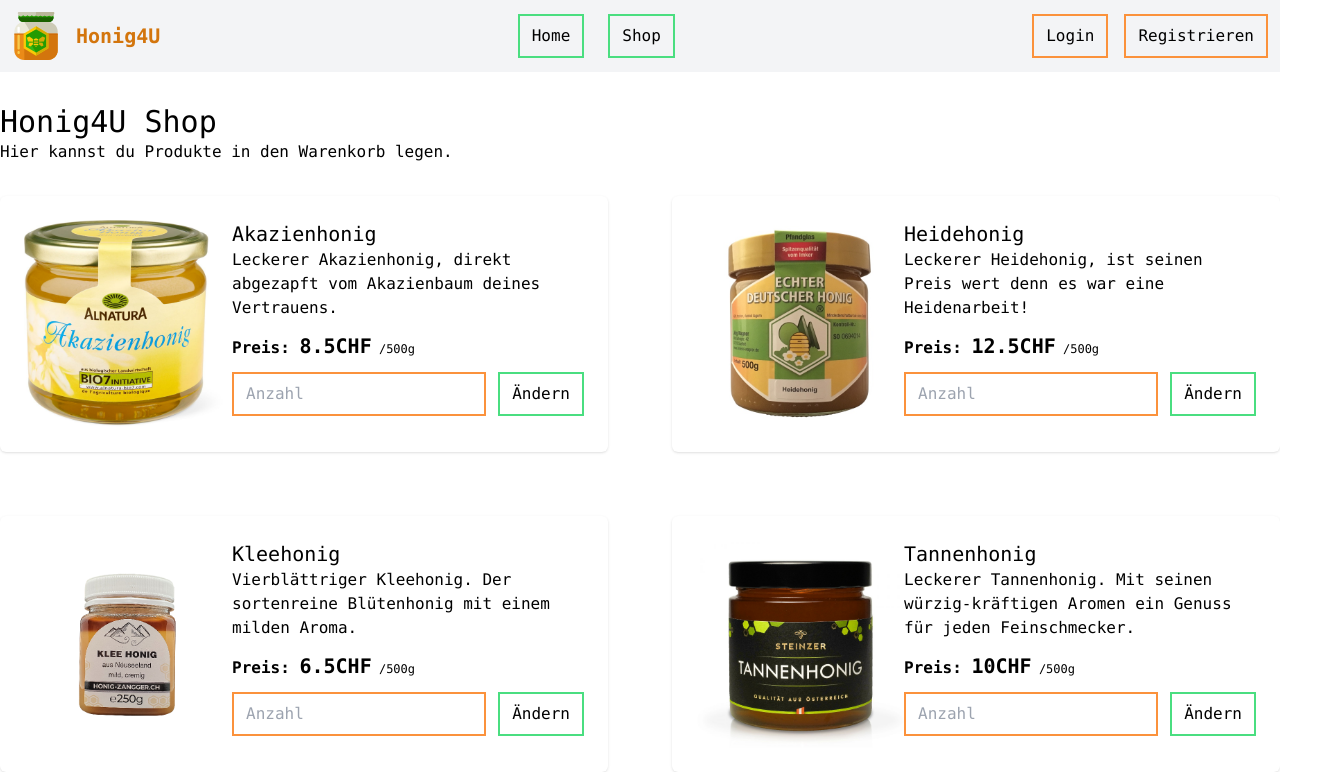
Repository: cainytheslave/PHPHonigShop
Page: http://localhost/shop.php
An editor plug-in stored every save of this project. The page is shown before and after the next save, followed by the edit.
The browser window is 1280 px wide. The page is 1280 px wide, then 1336 px, so the pictures cover 1336 px, including what lies to the right of the window. The pictures show the whole page.
The page is run by PHP 8.4 with error messages shown; the project is at /var/www/html/. Style sheets and scripts are compiled from the project's sources, by tool versions that may differ from the author's.

Above is the page before, as saved 2022-03-11 02:08:34.

### shop.php
<?php
// Session starten
session_start();

// Produktdaten holen
$produkte = require('core/produkte.php');
$einstellungen = require('core/einstellungen.php');

// Warenkorb erstellen wenn noch nicht passiert
if (!isset($_SESSION['warenkorb'])) {
    $_SESSION['warenkorb'] = [];
}

// Lauschen ob etwas in den Warenkorb gelegt wurde
foreach ($produkte as $id => $produkt) {
    if (isset($_POST[$id])) {
        if (isset($_POST['count'])) {
            if (is_numeric($_POST['count'])) {
                $vorherigerStand = 0;
                if (isset($_SESSION['warenkorb'][$id])) {
                    $vorherigerStand = $_SESSION['warenkorb'][$id];
                }
                $_SESSION['warenkorb'][$id] = intval($_POST['count']) + $vorherigerStand;

                $success = ['Super! ' . $_POST['count'] . ' Gläser ' . $produkt['name'] . ' wurden in den Warenkorb gelegt.'];
            } else {
                $errors = ['Die Anzahl muss eine Zahl sein.'];
            }
        } else {
            $errors = ['Das Feld Anzahl muss ausgefüllt werden.'];
        }
    }
}

?>


<!DOCTYPE html>
<html lang="en">

<head>
    <meta charset="UTF-8">
    <meta http-equiv="X-UA-Compatible" content="IE=edge">
    <meta name="viewport" content="width=device-width, initial-scale=1.0">
    <title><?= $einstellungen['firma'] ?> Shop</title>

    <?php include('includes/head.inc.php') ?>
</head>

<body class="font-mono">

    <?php include('includes/header.inc.php') ?>

    <main class="px-6 mx-auto max-w-7xl lg:px-0">

        <!-- Erfolgsmeldungen -->
        <?php if (isset($success)) echo Komponente::alert(false, $success) ?>

        <!-- Fehlermeldungen -->
        <?php if (isset($errors)) echo Komponente::alert(true, $errors) ?>

        <!-- Titel -->
        <section class="my-8">
            <h1 class="text-3xl">Honig4U Shop</h1>
            <p>Hier kannst du Produkte in den Warenkorb legen.</p>
        </section>

        <!-- Produkte -->
        <section class="grid gap-8 lg:grid-cols-2 md:gap-16">
            <?php foreach ($produkte as $id => $produkt) : ?>
                <div class="flex flex-col p-6 bg-white rounded-md shadow sm:flex-row hover:scale-105">
                    <img src="images/<?= $id ?>.png" class="object-contain w-52 h-52" alt="">
                    <div>
                        <h2 class="text-xl"><?= $produkt['name'] ?></h2>
                        <p><?= $produkt['beschreibung'] ?></p>
                        <p class="mt-3 font-semibold">Preis: <span class="text-xl"><?= $produkt['preis'] ?>CHF</span><span class="text-xs font-thin"> /500g</span></p>
                        <form class="flex items-stretch gap-3 mt-3" action="" method="POST">
                            <?= Komponente::input('number', 'Anzahl', 'count') ?>
                            <?= Komponente::button('Ändern', $id, 'green') ?>
                        </form>
                    </div>
                </div>
            <?php endforeach; ?>
        </section>

    </main>
</body>

</html>

### core/produkte.php
<?php

return [
    'akazie' => [
        'name' => 'Akazienhonig',
        'beschreibung' => 'Leckerer Akazienhonig, direkt abgezapft vom Akazienbaum deines Vertrauens.',
        'preis' => 8.5
    ],
    'heide' => [
        'name' => 'Heidehonig',
        'beschreibung' => 'Leckerer Heidehonig, ist seinen Preis wert denn es war eine Heidenarbeit!',
        'preis' => 12.5
    ],
    'klee' => [
        'name' => 'Kleehonig',
        'beschreibung' => 'Vierblättriger Kleehonig. Der sortenreine Blütenhonig mit einem milden Aroma.',
        'preis' => 6.5,
    ],
    'tannen' => [
        'name' => 'Tannenhonig',
        'beschreibung' => 'Leckerer Tannenhonig. Mit seinen würzig-kräftigen Aromen ein Genuss für jeden Feinschmecker.',
        'preis' => 10
    ]
];

### core/einstellungen.php
<?php

return [
    'firma' => 'Honig4U'
];

### includes/head.inc.php
<!-- Styling -->
<link rel="stylesheet" href="style.css">

<!-- AlpineJS (Javascript Framework für Mobiles Menu https://alpinejs.dev) -->
<script defer src="https://unpkg.com/alpinejs@3.x.x/dist/cdn.min.js"></script>

### includes/header.inc.php
<?php

require('core/Komponente.php');
$einstellungen = require('core/einstellungen.php');

?>

<!-- Header -->
<header class="w-full bg-gray-100" x-data="{open: false}">
    <!-- Desktop -->
    <div class="flex items-center justify-between px-3 py-3 mx-auto max-w-7xl">

        <!-- Logo -->
        <div class="flex items-center gap-4">
            <img src="images/logo.svg" class="w-12 h-12" alt="Logo">
            <p class="text-xl font-semibold text-honey"><?= $einstellungen['firma'] ?></p>
        </div>

        <!-- Navigation-->
        <div class="items-center hidden gap-6 sm:flex">
            <?= Komponente::link('Home', 'index.php', 'green') ?>
            <?= Komponente::link('Shop', 'shop.php', 'green') ?>
        </div>

        <!-- Warenkorb / Login -->
        <div class="flex items-center gap-4">
            <?php if (isset($_SESSION['user'])) : ?>

                <?= Komponente::link('<img src="images/basket.svg" class="w-8 h-8" alt="">', 'warenkorb.php') ?>

                <?= Komponente::link('<img src="images/logout.svg" class="w-8 h-8" alt="">', 'logout.php?to=login.php') ?>
            <?php else : ?>
                <?= Komponente::link('Login', 'login.php') ?>
                <?= Komponente::link('Registrieren', 'registrierung.php') ?>
            <?php endif; ?>
        </div>

        <!-- Mobile Trigger -->
        <img @click="open = !open" src="images/menu.svg" class="block w-10 h-10 sm:hidden" alt="">
    </div>

    <!-- Mobile Menu -->
    <div class="flex flex-col gap-3 px-3 border-t-2 sm:hidden" x-show="open" style="display:none">
        <!-- Navigation-->
        <?= Komponente::link('Home', 'index.php', 'green') ?>
        <?= Komponente::link('Shop', 'shop.php', 'green') ?>
    </div>
</header>

### core/Komponente.php
<?php

class Komponente
{

    static function link($text = "", $href = "", $border = "orange")
    {
        $classes = "text-center px-3 py-2 border-2 hover:bg-gray-200 active:scale-95 hover:scale-105 border-$border-400";
        return "<a href='$href' class='$classes'>$text</a>";
    }

    static function button($text = "", $name = "", $border = "orange")
    {
        $classes = "text-center cursor-pointer px-3 py-2 border-2 hover:bg-gray-200 active:scale-95 hover:scale-105 border-$border-400";
        return "<input type='submit' name='$name' class='$classes' value='$text' />";
    }

    static function input($type = "text", $placeholder = '', $name = '', $required = 'true')
    {
        $classes = "grow text-left px-3 py-2 border-2 active:scale-95 border-orange-400";
        return "<input type='$type' name='$name' required='$required' class='$classes' placeholder='$placeholder' />";
    }

    static function alert($error = true, $data)
    {
        if (count($data) <= 0) return '';

        $str = '<section class="w-full p-4 mx-auto mt-4 bg-green-300 border-2 border-green-500 shadow-xl">';
        if ($error) $str = '<section class="w-full p-4 mx-auto mt-4 bg-red-300 border-2 border-red-500 shadow-xl">';

        foreach ($data as $entry) {
            $str .= '<p class="text-lg font-semibold">' . $entry . '</p>';
        }

        $str .= '</section>';

        return $str;
    }
}

### tailwind.config.js
module.exports = {
    content: [
        "./*.{html,js,php}",
        "./core/*.php",
        "./includes/*.php"
    ],
    theme: {
        extend: {
            colors: {
                honey: '#d3750d',
                honeylight: '#d3ab05',
                honeygreen: '#239b02'
            }
        },
    },
    safelist: [{
            pattern: /border-(orange|green|red)-400/,
        },
        {
            pattern: /border-(green|red)-500/
        },
        {
            pattern: /bg-(green|red)-300/
        },
        {
            pattern: /cursor-pointer/
        },
        {
            pattern: /w-8/
        },
        {
            pattern: /h-8/
        }

    ],
    plugins: [],
}

### images/logo.svg
<?xml version="1.0" encoding="iso-8859-1"?>
<!-- Generator: Adobe Illustrator 19.0.0, SVG Export Plug-In . SVG Version: 6.00 Build 0)  -->
<svg version="1.1" id="Layer_1" xmlns="http://www.w3.org/2000/svg" xmlns:xlink="http://www.w3.org/1999/xlink" x="0px" y="0px"
	 viewBox="0 0 496.8 496.8" style="enable-background:new 0 0 496.8 496.8;" xml:space="preserve">
<path style="fill:#EAE9DA;" d="M472.4,403.2c0,56-46.4,92.8-102.4,92.8H128.4c-56,0-104-44.8-104-92.8V204.8
	C24.4,149.6,70,104,125.2,104h245.6c56,0,100.8,45.6,100.8,100.8v198.4H472.4z"/>
<path style="fill:#CCCAB6;" d="M128.4,104H370c56,0,102.4,41.6,102.4,97.6v197.6c0,56-46.4,97.6-102.4,97.6"/>
<path style="fill:#EA8B18;" d="M24.4,224v174.4c0,56,46.4,97.6,102.4,97.6H370c56,0,102.4-41.6,102.4-97.6V224H24.4z"/>
<path style="fill:#D3750D;" d="M128.4,496H370c56,0,102.4-41.6,102.4-97.6v-172L126,224.8"/>
<path style="fill:#F7CA4D;" d="M80.4,376.8c0,6.4-5.6,12-12,12l0,0c-6.4,0-12-5.6-12-12V247.2c0-6.4,5.6-12,12-12l0,0
	c6.4,0,12,5.6,12,12V376.8z"/>
<path style="fill:#FFFFFF;" d="M80.4,201.6c0,6.4-5.6,12-12,12l0,0c-6.4,0-12-5.6-12-12v-38.4c0-5.6,5.6-11.2,12-11.2l0,0
	c6.4,0,12,5.6,12,12V201.6z"/>
<path style="fill:#F7CA4D;" d="M80.4,423.2c0,6.4-5.6,12-12,12l0,0c-6.4,0-12-5.6-12-12v-8c0-6.4,5.6-12,12-12l0,0
	c6.4,0,12,5.6,12,12V423.2z"/>
<path style="fill:#239B02;" d="M430.8,52c0,26.4-21.6,52-48,52H114c-26.4,0-48-25.6-48-52l0,0c0-26.4,21.6-52,48-52h268
	C409.2,0,430.8,25.6,430.8,52L430.8,52z"/>
<path style="fill:#1A6000;" d="M430.8,53.6L430.8,53.6c0,26.4-21.6,50.4-48,50.4H114c-26.4,0-48-22.4-48-48.8l0,0"/>
<path style="fill:#CCCAB6;" d="M437.2,12c0-8-6.4-12-13.6-12H73.2c-8,0-13.6,4-13.6,12c0,4.8,2.4,8,5.6,10.4
	c2.4,13.6,14.4,23.2,28,23.2c8.8,0,16.8-4.8,22.4-11.2c5.6,6.4,12.8,10.4,22.4,10.4c8.8,0,16.8-4,22.4-10.4
	c5.6,6.4,12.8,10.4,22.4,10.4c8.8,0,16.8-4,22.4-10.4c5.6,6.4,12.8,10.4,22.4,10.4s16.8-4,22.4-10.4c5.6,6.4,12.8,10.4,22.4,10.4
	c9.6,0,16.8-4,22.4-10.4c5.6,6.4,12.8,10.4,22.4,10.4c8.8,0,16.8-4,22.4-10.4c5.6,6.4,12.8,10.4,22.4,10.4c8.8,0,16.8-4,22.4-10.4
	c5.6,6.4,12.8,10.4,22.4,10.4c14.4,0,25.6-9.6,28-23.2C434.8,20,437.2,16.8,437.2,12z"/>
<path style="fill:#BAB699;" d="M423.6,0H248.4v35.2c0,0,0-0.8,0.8-0.8c5.6,6.4,12.8,10.4,21.6,10.4c8.8,0,16.8-4,22.4-10.4
	c5.6,6.4,12.8,10.4,22.4,10.4c8.8,0,16.8-4,22.4-10.4c5.6,6.4,12.8,10.4,22.4,10.4c8.8,0,16.8-4,22.4-10.4
	c5.6,6.4,12.8,10.4,22.4,10.4c14.4,0,25.6-10.4,28-24c3.2-2.4,5.6-4.8,5.6-9.6C437.2,4,430.8,0,423.6,0z"/>
<rect x="24.4" y="224" style="fill:#C65E00;" width="448" height="8"/>
<polygon style="fill:#F9CA06;" points="376.4,376 248.4,452 120.4,376 120.4,224 248.4,147.2 376.4,224 "/>
<polyline style="fill:#D3AB05;" points="248.4,147.2 376.4,224 376.4,376 248.4,452 "/>
<polygon style="fill:#34B515;" points="352.4,359.2 248.4,418.4 144.4,359.2 144.4,240.8 248.4,180.8 352.4,240.8 "/>
<polyline style="fill:#239B02;" points="144.4,240.8 249.2,180.8 352.4,240.8 352.4,359.2 248.4,418.4 "/>
<g>
	<polygon style="fill:#F9CA06;" points="224.4,328 224.4,339.2 226,344 270.8,344 272.4,339.2 272.4,328 	"/>
	<polygon style="fill:#F9CA06;" points="272.4,296 272.4,283.2 248.4,272 224.4,283.2 224.4,296 	"/>
</g>
<g>
	<rect x="224.4" y="304" style="fill:#D3AB05;" width="48" height="16"/>
	<polygon style="fill:#D3AB05;" points="236.4,352 248.4,363.2 260.4,352 	"/>
</g>
<g>
	<polygon style="fill:#F9CA06;" points="216.4,280 216.4,308.8 166.8,305.6 153.2,265.6 179.6,253.6 	"/>
	<polygon style="fill:#F9CA06;" points="216.4,336.8 216.4,316 180.4,318.4 170.8,347.2 190,356 	"/>
</g>
<g>
	<polygon style="fill:#D3AB05;" points="280.4,280 280.4,308.8 330,305.6 343.6,265.6 317.2,253.6 	"/>
	<polygon style="fill:#D3AB05;" points="280.4,336.8 280.4,316 316.4,318.4 326,347.2 306.8,356 	"/>
</g>
<g>
</g>
<g>
</g>
<g>
</g>
<g>
</g>
<g>
</g>
<g>
</g>
<g>
</g>
<g>
</g>
<g>
</g>
<g>
</g>
<g>
</g>
<g>
</g>
<g>
</g>
<g>
</g>
<g>
</g>
</svg>

### images/menu.svg
<svg width="512px" height="512px" viewBox="0 0 512 512" xmlns="http://www.w3.org/2000/svg"><path fill="#000" d="M32 96v64h448V96H32zm0 128v64h448v-64H32zm0 128v64h448v-64H32z"/></svg>

Loaded but not shown: tailwind.css (common file)

After the next save:
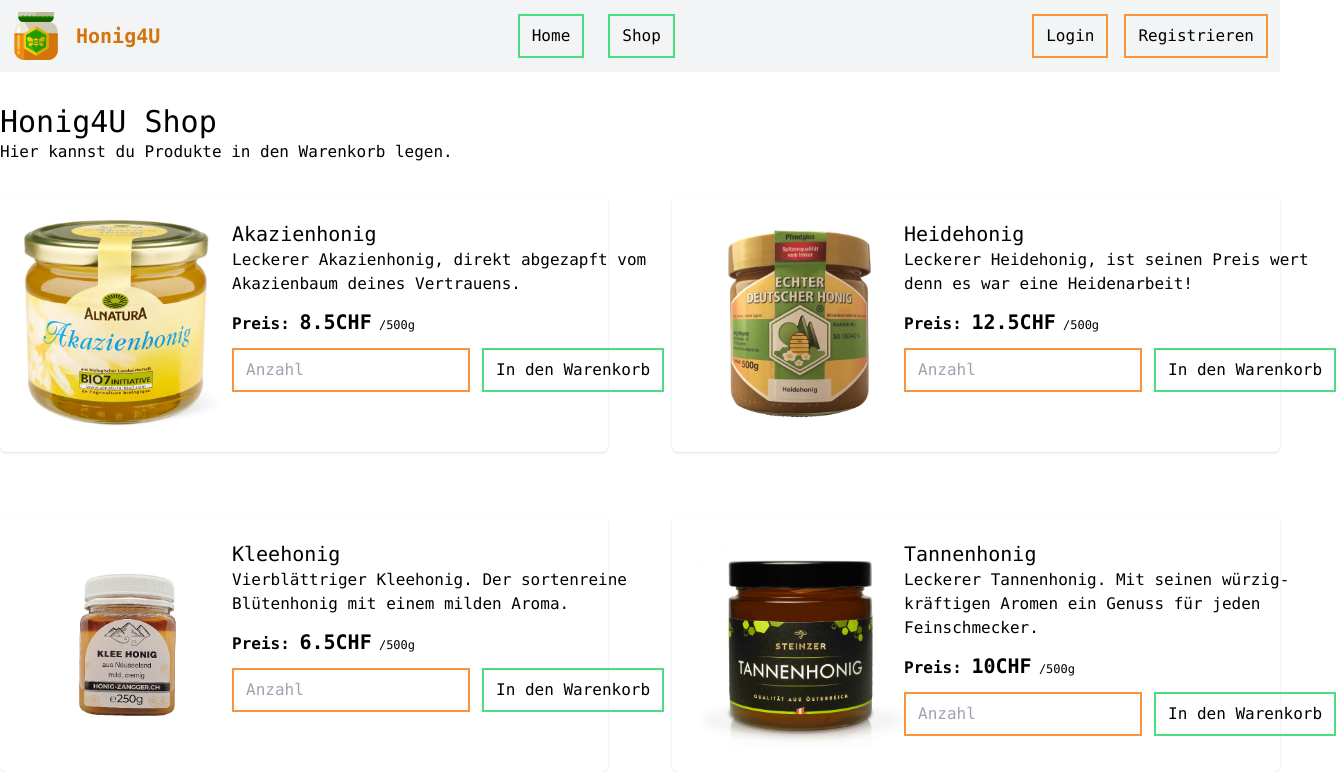
Saved 22 s later.
--- a/shop.php
+++ b/shop.php
@@ -76,7 +76,7 @@
                         <p class="mt-3 font-semibold">Preis: <span class="text-xl"><?= $produkt['preis'] ?>CHF</span><span class="text-xs font-thin"> /500g</span></p>
                         <form class="flex items-stretch gap-3 mt-3" action="" method="POST">
                             <?= Komponente::input('number', 'Anzahl', 'count') ?>
-                            <?= Komponente::button('Ändern', $id, 'green') ?>
+                            <?= Komponente::button('In den Warenkorb', $id, 'green') ?>
                         </form>
                     </div>
                 </div>
